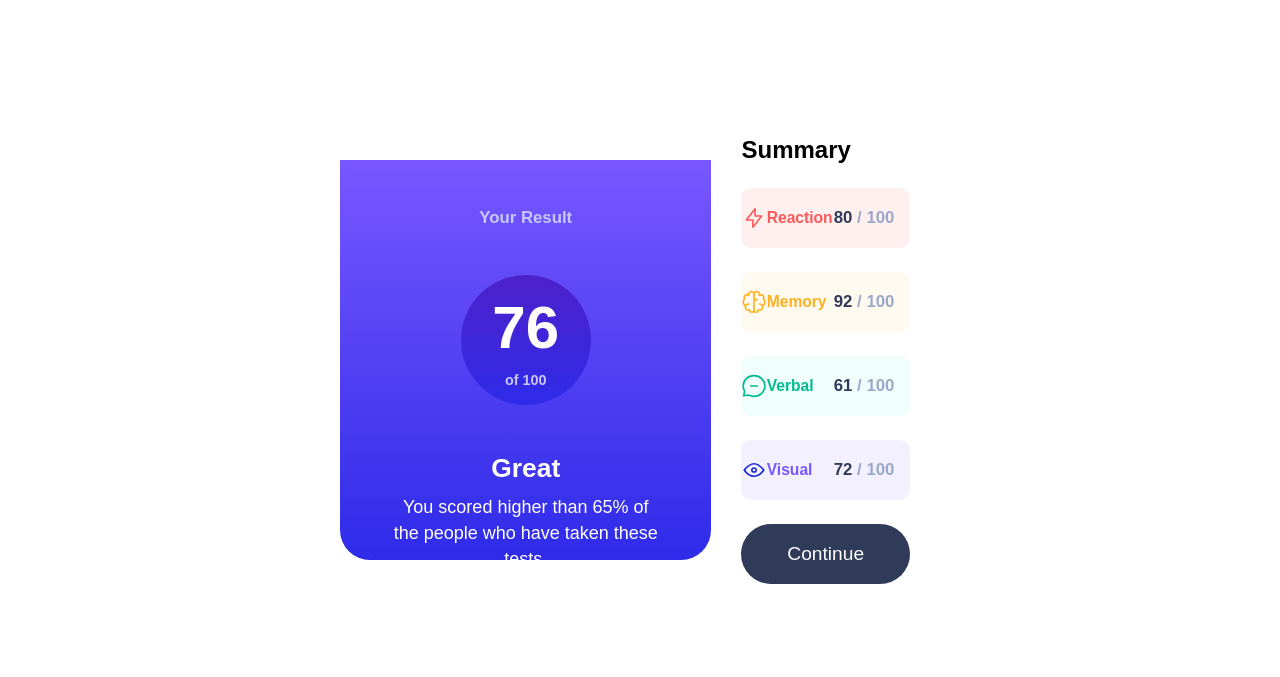
Repository: limaneto/frontend-mentor-results-summary
Page: index.html
An editor plug-in stored every save of this project. The page is shown before and after the next save, followed by the edit.
The browser window is 1280 px wide. The pictures show the whole page.

Above is the page before, as saved 2023-11-06 10:33:42.

### index.html
<!DOCTYPE html>
<html lang="en">
  <head>
    <meta charset="UTF-8">
    <meta name="viewport" content="width=device-width, initial-scale=1.0">
    <link rel="stylesheet" href="style.css">
  </head>
  <body>
    <main>
      <section id='result'>
        <h1>Your Result</h1>
        <span id='score'>
          <h2>76</h2>
          <h3>of 100</h3>
        </span>
        <span id='score-message'>
          <h4>Great</h4>
          <h5>You scored higher than 65% of the people who have taken these tests.</h5>
        </span>
      </section>
      <summary>
        <h2>Summary</h2>
        <ul>
          <li id='reaction'>
            <img id='icons' src="./assets/images/icon-reaction.svg" alt="Lightning">
            Reaction
            <span>
              80 <span>/ 100</span>
            </span>
          </li>
          <li id='memory'>
            <img id='icons' src="./assets/images/icon-memory.svg" alt="Brain">
            Memory
            <span>
              92 <span>/ 100</span>
            </span>
          </li>
          <li id='verbal'>
            <img id='icons' src="./assets/images/icon-verbal.svg" alt="Cloud">
            Verbal
            <span>
              61 <span>/ 100</span>
            </span>
          </li>
          <li id='visual'>
            <img id='icons' src="./assets/images/icon-visual.svg" alt="Eye">
            Visual
            <span>
              72 <span>/ 100</span>
            </span>
          </li>
        </ul>
        <button>Continue</button>
      </summary>
    </main>
  </body>
</html>

### style.css
:root {
  --red: #ff5959;
  --orangey:	#ffb01f;
  --green: #00bd91;
  --blue: #1125d4;
  --pale-blue: #ebf1ff;
  --white: #ffffff;
  --dark-gray-blue: #303b5a;
  --lavender: #c8c7ff;
  --g-slate-blue: #7857ff;
  --g-royal-blue: #2e2be9;
  --g-violet-blue: #4e21ca;
  --g-persian-blue: #2421ca;
}

@font-face {
  font-family: 'HankenGrotesk', sans-serif;
  src: url(./assets/fonts//HankenGrotesk-VariableFont_wght.ttf);
}

* {
  box-sizing: border-box;
  margin: 0;
  padding: 0;
}

html, body {
  font-size: 62.5%;
  font-family: 'HankenGrotesk', sans-serif;
  height: 100vh;
  width: 100vw;
}

li {
  display: block;
}

main {
  height: 100%;
  width: 100%;
}

section {
  display: flex;
  flex-direction: column;
  align-items: center;
  justify-content: space-evenly;
  height: 40%;
  background: linear-gradient(0deg, var(--g-royal-blue), var(--g-slate-blue));
  border-bottom-left-radius: 30px;
  border-bottom-right-radius: 30px;
  color: var(--white);
}

section > h1 {
  font-size: 1.4rem;
  color: var(--lavender);
}

#score {
  display: flex;
  flex-direction: column;
  justify-content: center;
  gap: 10px;
  text-align: center;
  height: 130px;
  width: 130px;
  border-radius: 6rem;
  background: linear-gradient(180deg, var(--g-violet-blue), var(--g-royal-blue));
}

#score > h2 {
  font-size: 2rem;
  font-size: 5rem;
}

#score > h3 {
  font-size: 1.2rem;
  color: var(--lavender);
}

#score-message {
  height: 60px;
  text-align: center;
}

#score-message > h4 {
  font-size: 2.2rem;
}

#score-message > h5 {
  padding: 10px 4rem;
  line-height: 2.2rem;
  font-size: 1.5rem;
  font-weight: 400;
  margin-bottom: 10px;
}

summary {
  padding: 30px;
}

summary > h2 {
  font-size: 2rem;
}

summary > ul > li {
  font-size: 1.3rem;
  font-weight: bold;
  display: flex;
  align-items: center;
  width: 100%;
  height: 60px;
  border-radius: 10px;
  background-color: #00bd91;
  margin: 24px 0;
}

#reaction {
  color: var(--red);
  background-color: hsl(0, 100%, 97%);
}

#memory {
  color: var(--orangey);
  background-color: hsl(39, 100%, 97%);
}

#verbal {
  color: var(--green);
  background-color: hsl(166, 100%, 97%);
}

#visual {
  color: var(--g-slate-blue);
  background-color: hsl(252, 100%, 97%);
}

#icons {
  width: 15%;
  height: 2.2rem;
}

li > span {
  color: var(--dark-gray-blue);
  font-size: 1.4rem;
  margin-right: 1.3rem;
  margin-left: auto;
}

li > span > span {
  color: hsl(224, 30%, 70%);
}

summary > button {
  background-color: var(--dark-gray-blue);
  width: 100%;
  height: 60px;
  color: var(--white);
  border: none;
  border-radius: 3.2rem;
  font-size: 1.6rem;
}

@media screen and (min-width: 768px) {
  html, body {
    display: flex;
    align-items: center;
    justify-content: center;
    font-size: 75%;
  }

  main {
    max-width: 600px;
    max-height: 400px;
    display: flex;
    align-items: center;
    justify-content: center;
  }

  section {
    flex: 1;
    height: 100%;
  }

}

After the next save:
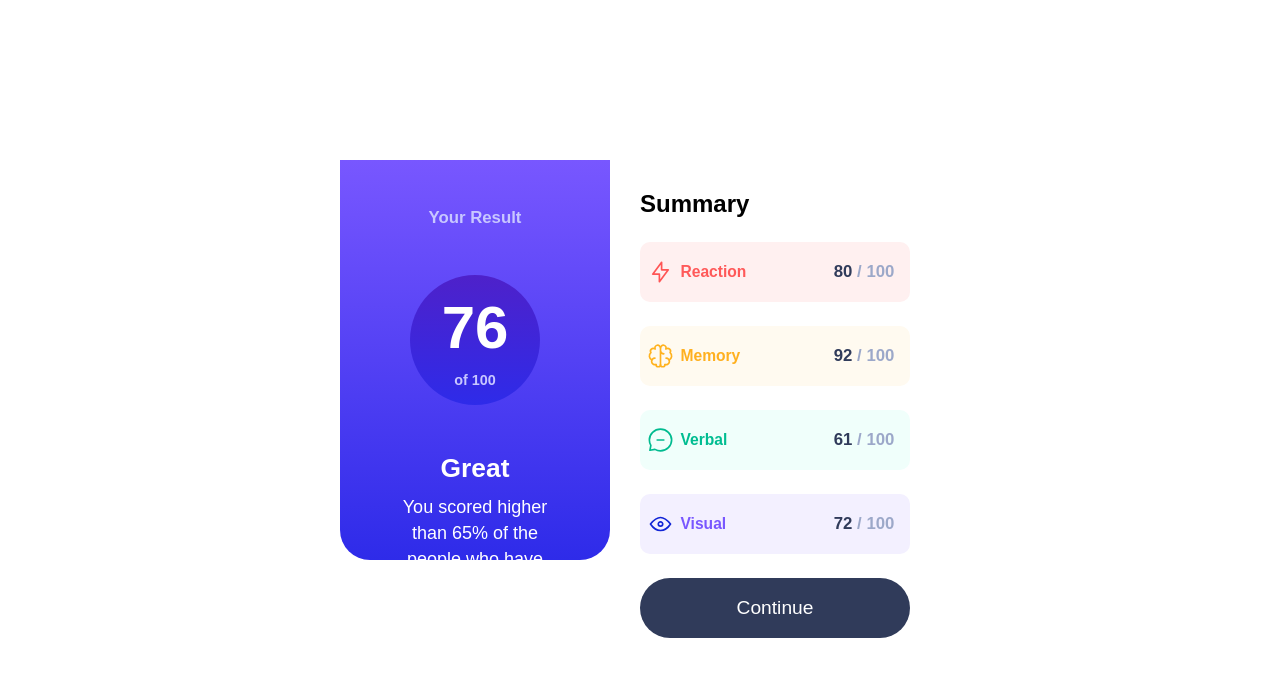
Saved 13 s later.
--- a/style.css
+++ b/style.css
@@ -183,4 +183,9 @@ summary > button {
     height: 100%;
   }
 
+  summary {
+    flex: 1;
+    height: 100%;
+  }
+
 }
